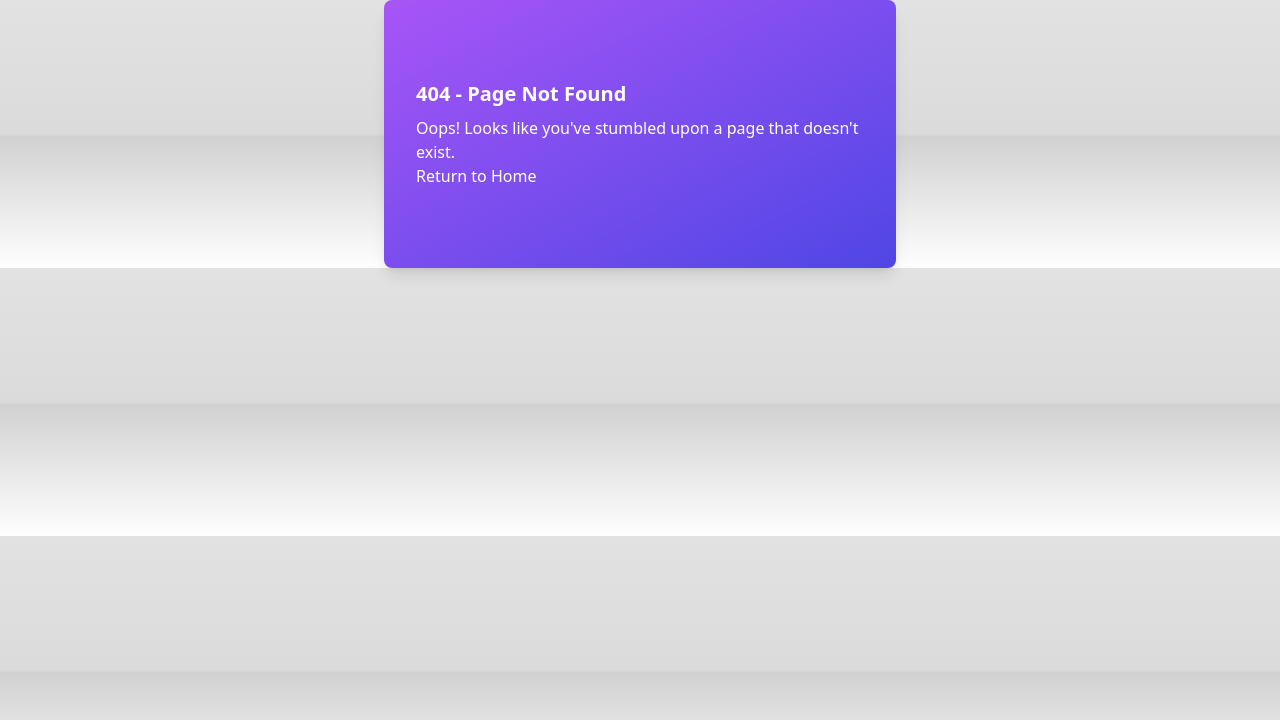
Repository: shaafsalman/product-Management-MERN
Page: /home (app in frontend/)
An editor plug-in stored every save of this project. The page is shown before and after the next save, followed by the edit.
The browser window is 1280 px wide. The pictures show the whole page.
The project was rebuilt for these pictures with package versions that can differ from the ones it lists, and the page was loaded fresh each time. Also part of the build but not shown: frontend/vite.config.js, frontend/src/Pages/Login.jsx, frontend/src/Pages/SighnUp.jsx.

Above is the page before, as saved 2024-05-14 00:50:08.

After the next save:
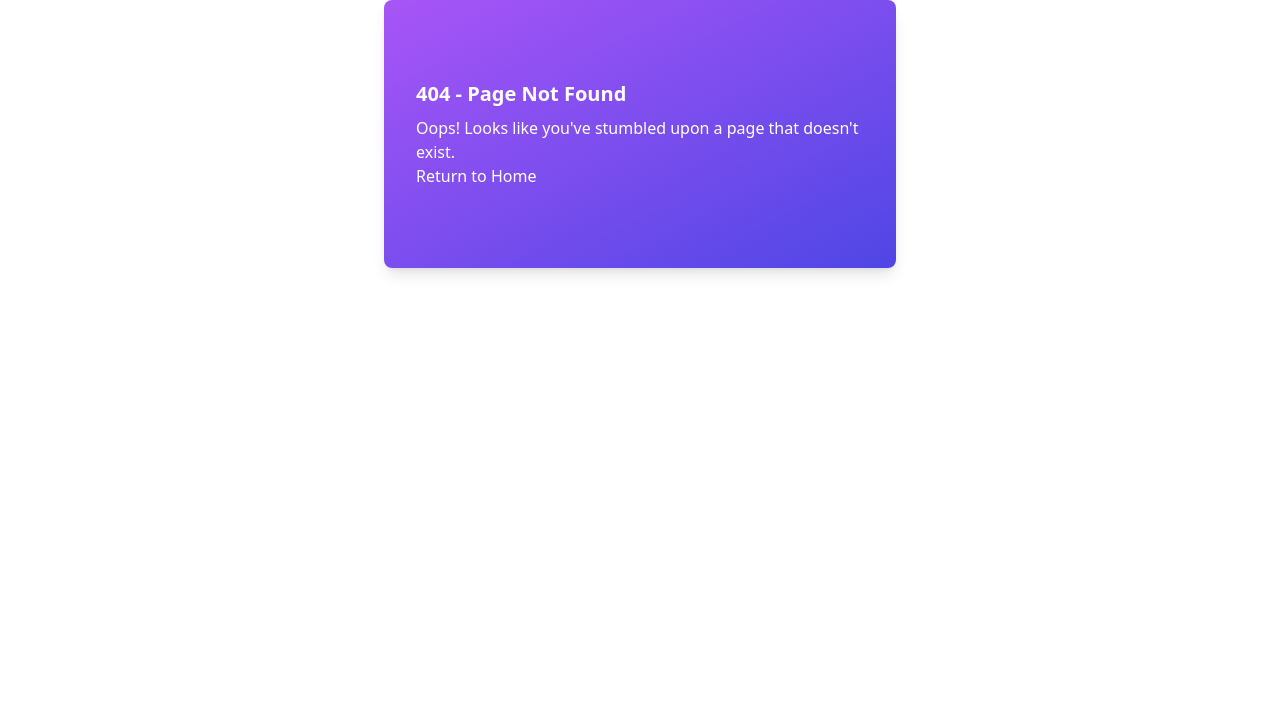
Saved 5 s later.
--- a/frontend/src/index.css
+++ b/frontend/src/index.css
@@ -12,6 +12,6 @@
 
 body,html
 {
-  background: linear-gradient(to bottom, #e2e2e2 0%,#dbdbdb 50%,#d1d1d1 51%,#fefefe 100%)
+  background: gradient(to bottom, #e2e2e2 0%,#dbdbdb 50%,#d1d1d1 51%,#fefefe 100%)
 
 }

After the save that followed:
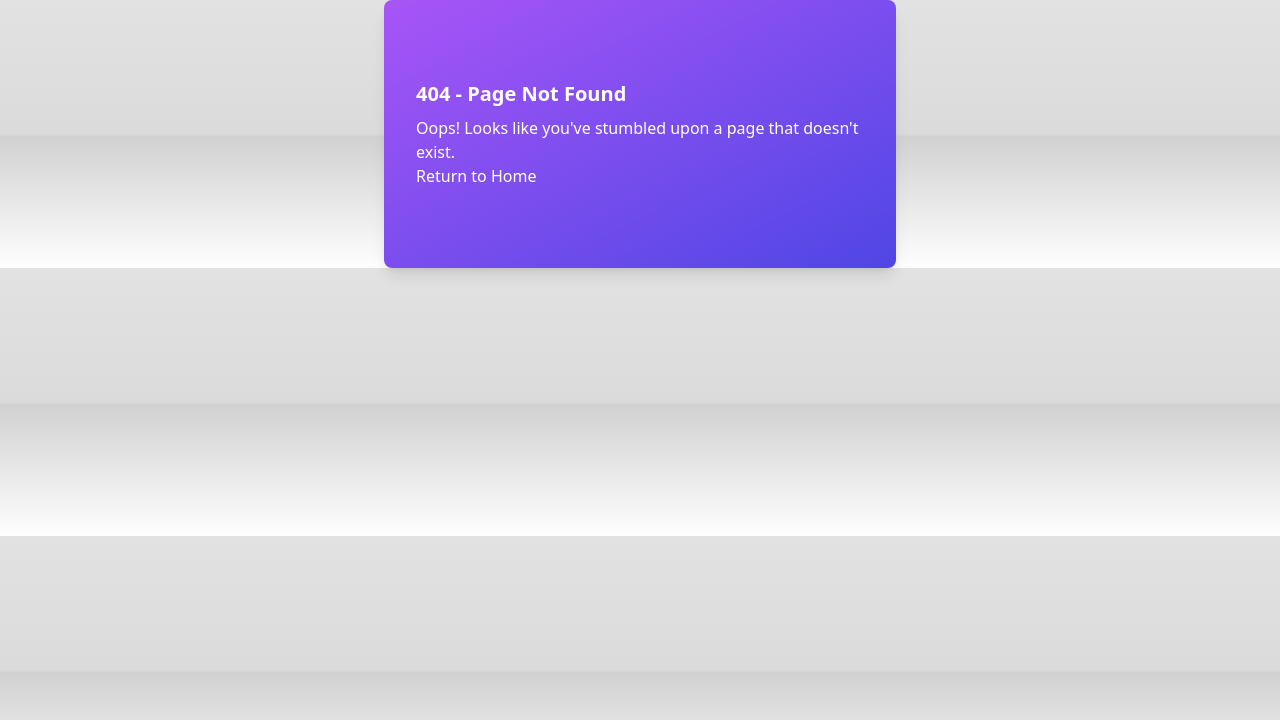
Saved 4 s later.
--- a/frontend/src/index.css
+++ b/frontend/src/index.css
@@ -12,6 +12,6 @@
 
 body,html
 {
-  background: gradient(to bottom, #e2e2e2 0%,#dbdbdb 50%,#d1d1d1 51%,#fefefe 100%)
+  background: linear-gradient(to bottom, #e2e2e2 0%,#dbdbdb 50%,#d1d1d1 51%,#fefefe 100%)
 
 }
